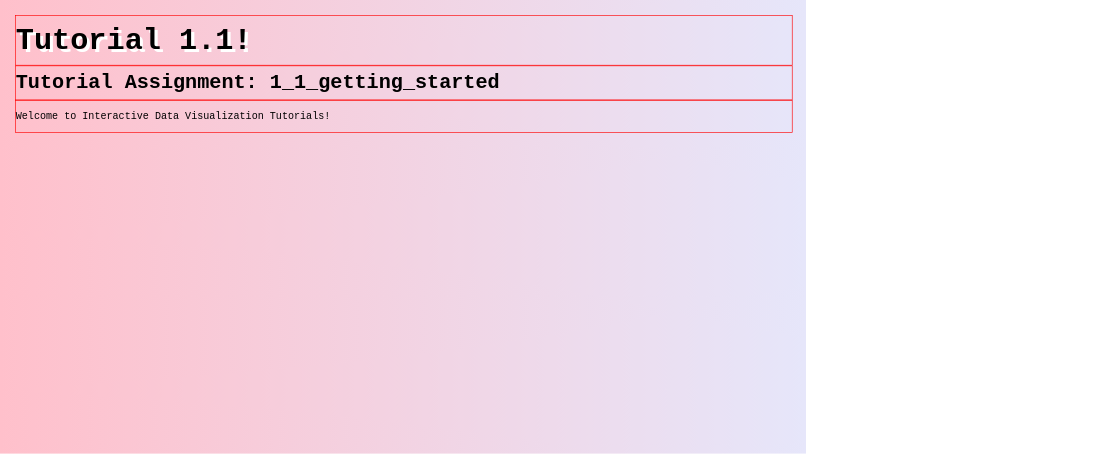
Repository: lisjak/Interactive-Data-Vis-Fall2022
Page: 1_1_getting_started/index.html
These files come from the project's save history. The page is drawn as it stood at one moment and after the next save; the edit follows.
The browser window is 1280 px wide. The page is 1280 px wide, then 1751 px, so the pictures cover 1751 px, including what lies to the right of the window. The pictures show the whole page, at 63% of full size.
Some web fonts or font styles are not loaded; a fallback is used.

Above is the page before, as saved 2022-09-04 21:53:10.

### 1_1_getting_started/index.html
<!DOCTYPE html>

<head>
    <meta charset="utf-8">

    <title>Interactive Data Visualization Tutorial</title>

    <link rel="stylesheet" href="https://fonts.googleapis.com/css?family=Source+Sans+Pro">

    <link href="https://fonts.googleapis.com/css2?family=Azeret+Mono&display=swap" rel="stylesheet">

    <link rel="stylesheet" href="./style.css">
</head>

<body>
    <div>
        <h1>Tutorial 1.1!</h1>
    </div>
    <div>
        <h3>Tutorial Assignment: 1_1_getting_started </h3>
    </div>
    <div>
        <p>Welcome to Interactive Data Visualization Tutorials! </p>
    </div>
</body>

</html>

### 1_1_getting_started/style.css
body {
    background-image: linear-gradient(to right, pink, lavender);
    font-family: 'Azeret Mono', monospace;
    font-size: 16px;
    padding: 1em;
    display: flex;
    flex-direction: column;
}

div {
    min-width: 100%;
    align-items: center;
    justify-content: center;
    border: 1px solid red;
}

h1 {
    font-size: 3em;
    margin: 0.25em 0;
    text-shadow: 5px 5px 0px white;
}

h3 {
    font-size: 2em;
    margin: 0.25em 0;
}

p {
    font-size: 1em;
    color: black;
}

After the next save:
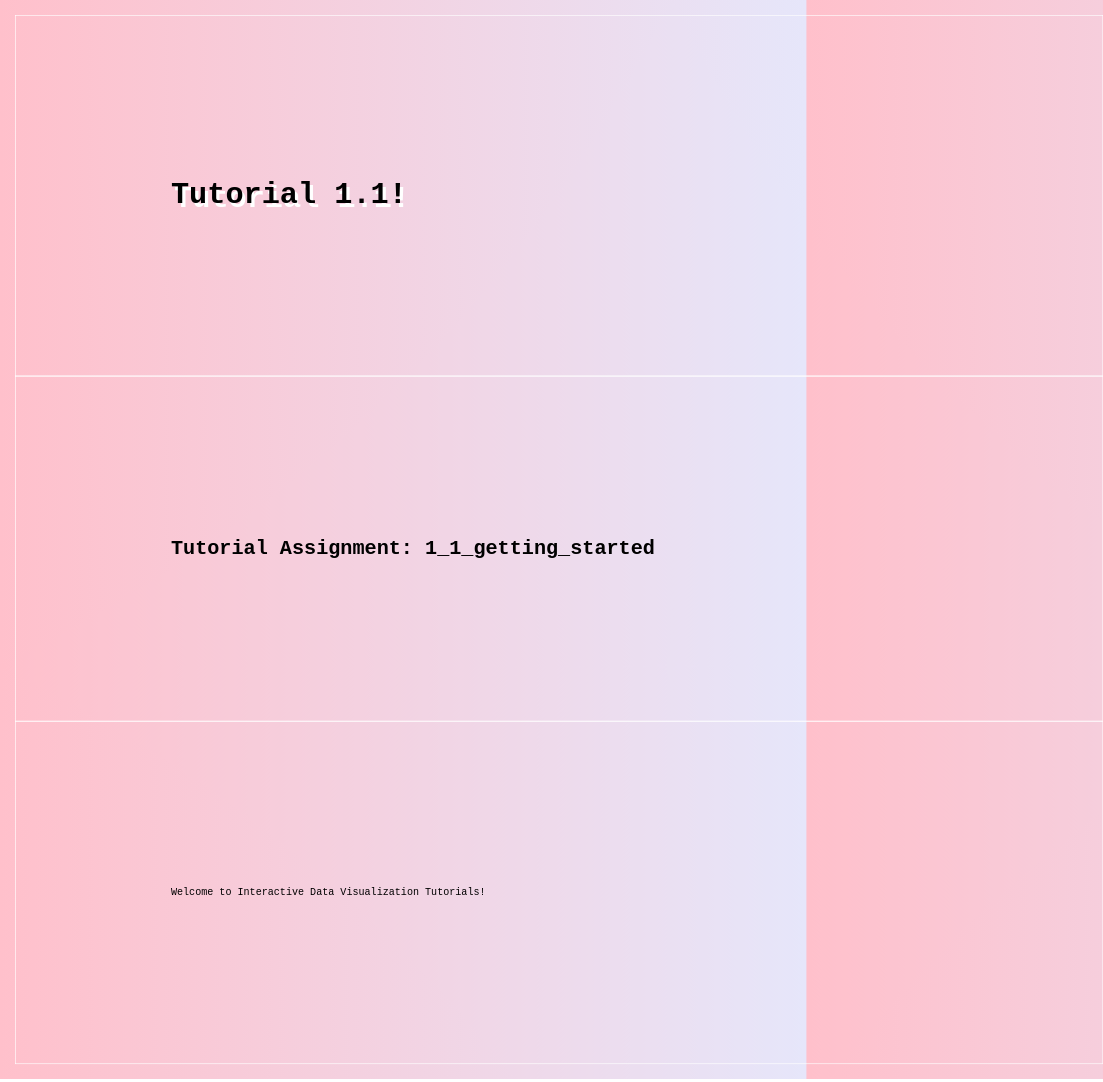
Saved 22 s later.
--- a/1_1_getting_started/style.css
+++ b/1_1_getting_started/style.css
@@ -11,7 +11,8 @@ div {
     min-width: 100%;
     align-items: center;
     justify-content: center;
-    border: 1px solid red;
+    border: 1px solid white;
+    padding: 20%;
 }
 
 h1 {
